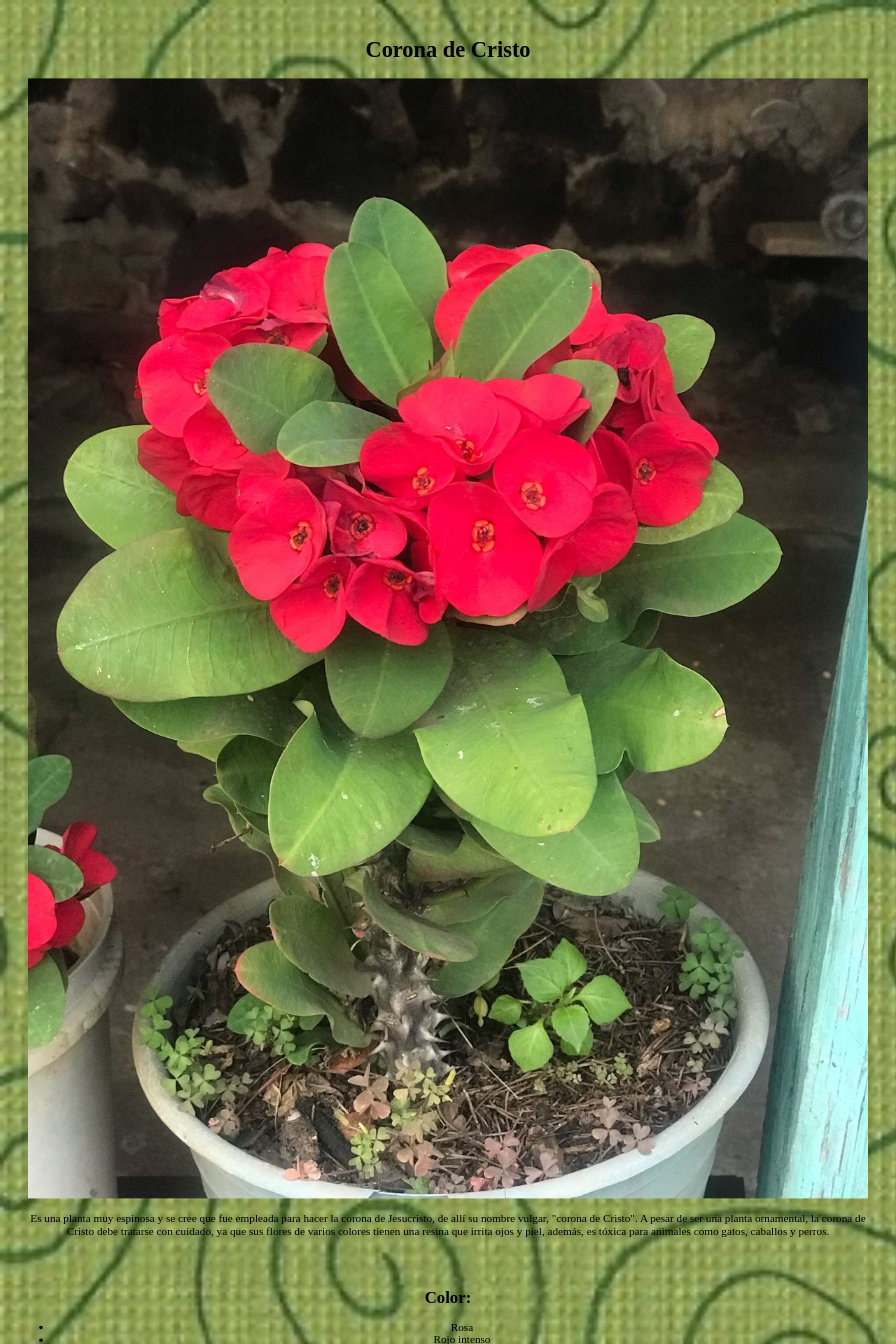
Repository: carrascokarencb37-afk/Nuura
Page: html/guiaPlant/planta1.html
These files come from the project's save history. The page is drawn as it stood at one moment and after the next save; the edit follows.
The browser window is 1280 px wide. The pictures show the part of the page from y = 0 to 1920 px (the page is 3387 px tall before and 2187 px after), at 70% of full size.

Above is the page before, as saved 2026-05-22 23:08:51.

After the next save:
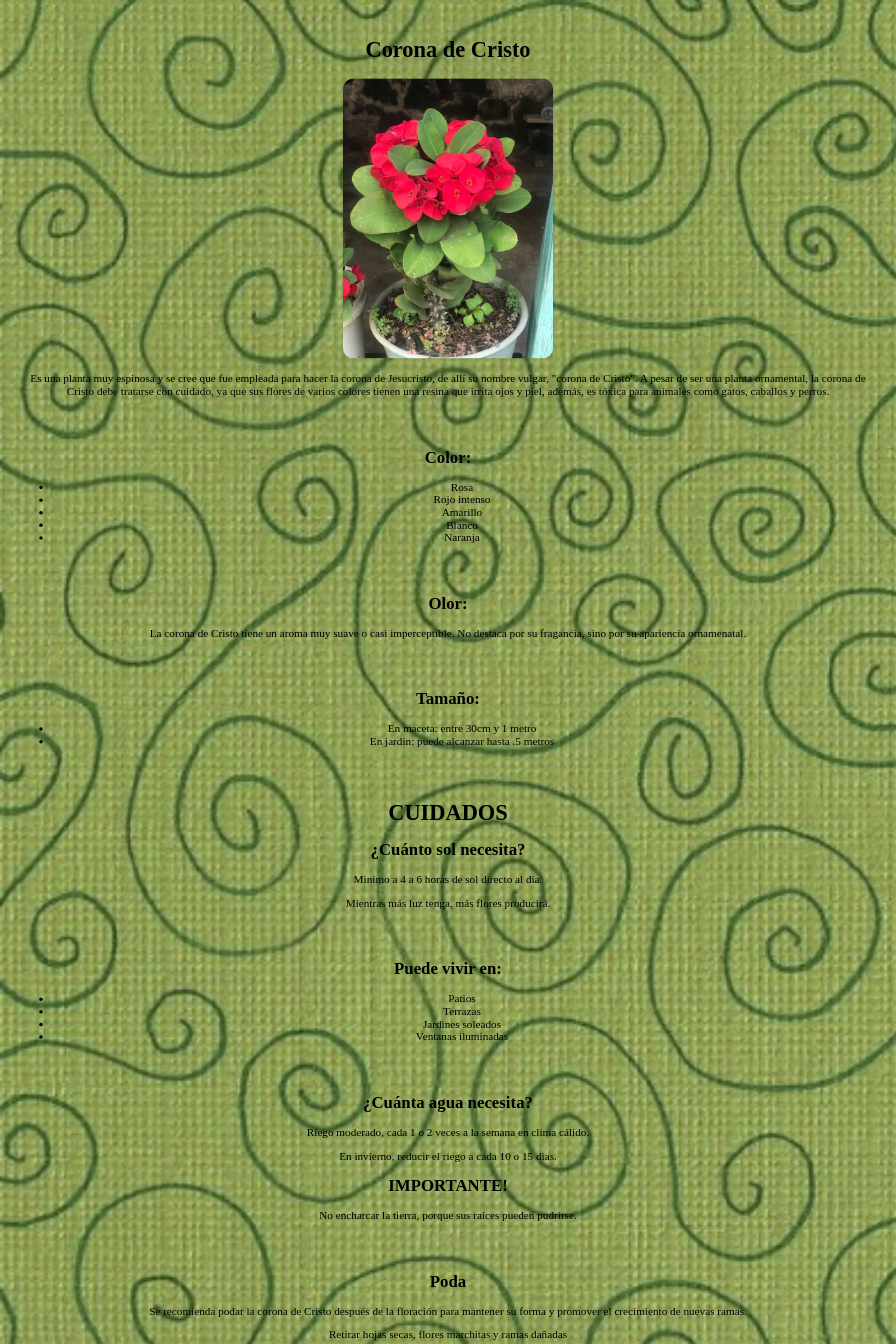
Saved 36 s later.
--- a/css/guiasPlant.css
+++ b/css/guiasPlant.css
@@ -13,3 +13,9 @@ body {
     text-align: center;
     padding: 2rem;
 }
+
+img{
+    width: 300px;
+    height: auto;
+    border-radius: 15px;
+}
